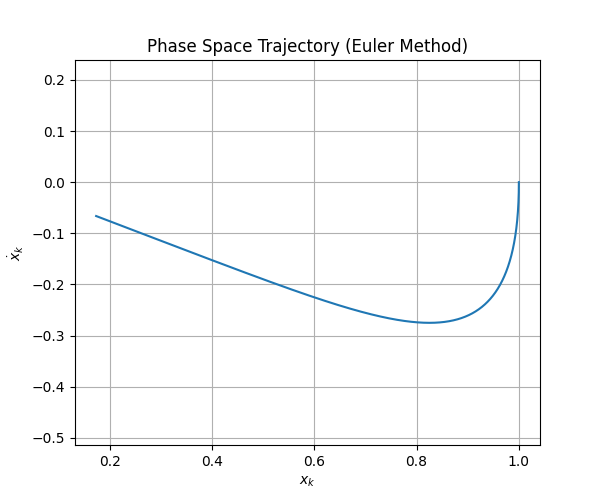
Repository: kura-404/NLP100
Script's output: python 20250509_Euler.py
The author's editor kept a copy of each file at every save. The script's output is drawn from the files as they stood at one save, then again after a run of saves.
Random numbers start from a fixed seed.

Above is the script's output before, as saved 2025-05-09 14:30:56.

After the next 7 saves:
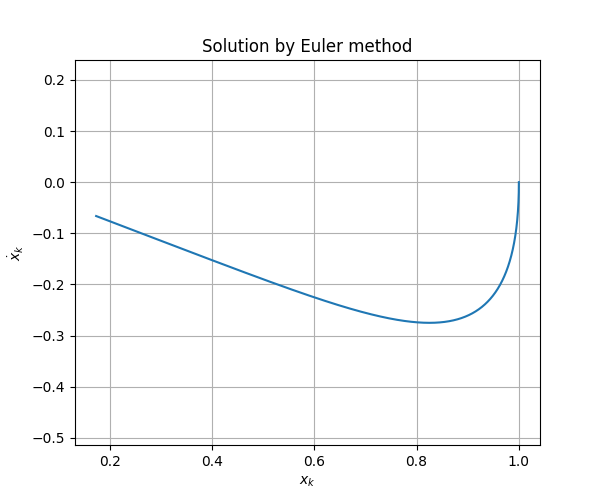
The 7 saves are shown as one change because 2 did not build or start and some came seconds apart.
The last was saved 8 min 2 s later.
--- a/20250509_Euler.py
+++ b/20250509_Euler.py
@@ -31,7 +31,7 @@ plt.figure(figsize=(6, 5))
 plt.plot(x, v)
 plt.xlabel('$x_k$')
 plt.ylabel('$\dot{x}_k$')
-plt.title('Phase Space Trajectory (Euler Method)')
+plt.title('Solution by Euler method')
 plt.grid(True)
 plt.axis('equal')
 plt.show()
